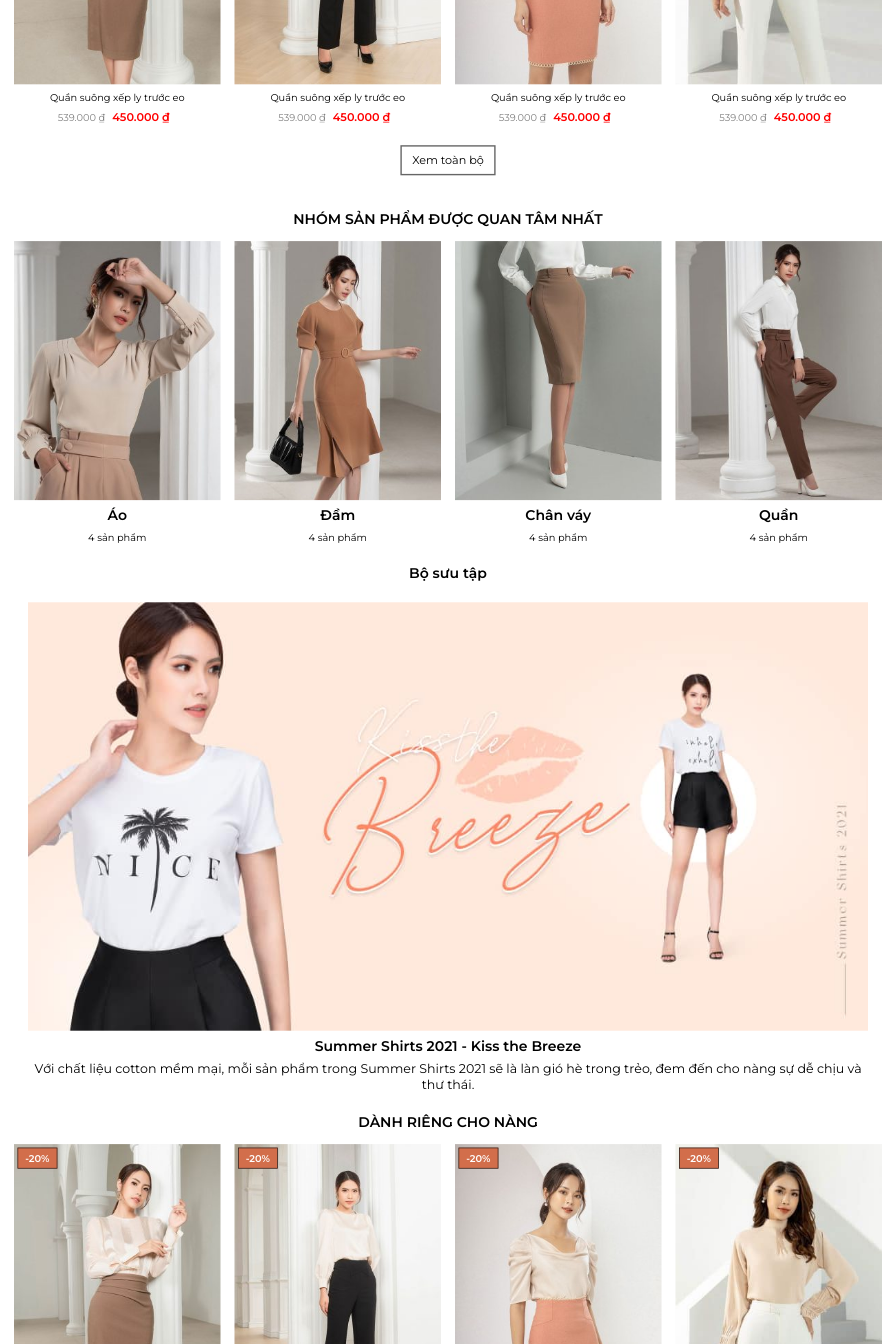
Repository: Nguyenductuan-dev/bt_j2team
Page: index.html
These files come from the project's save history. The page is drawn as it stood at one moment and after the next save; the edit follows.
The browser window is 1280 px wide. The pictures show the part of the page from y = 1109 to 3029 px (the page is 3315 px tall before and 4477 px after), at 70% of full size.

Above is the page before, as saved 2021-12-12 17:06:30.

### index.html
<!DOCTYPE html>
<html lang="en">
<head>
    <meta charset="UTF-8">
    <meta http-equiv="X-UA-Compatible" content="IE=edge">
    <meta name="viewport" content="width=device-width, initial-scale=1.0">
    <link rel="stylesheet" href="css/style.css">
    <link rel="stylesheet" href="./fonts/fontawesome-free-5.15.3-web/css/all.min.css">

    <link rel="preconnect" href="https://fonts.googleapis.com">
    <link rel="preconnect" href="https://fonts.gstatic.com" crossorigin>
    <link href="https://fonts.googleapis.com/css2?family=Montserrat:ital,wght@0,200;0,300;0,400;0,500;0,600;0,700;1,600&display=swap" rel="stylesheet">
    <title>Document</title>
</head>
<body>

    <div class="wrapper">

        <!-- HEADER -->
        <div class="header">

            <div class="header__logo">
                <a class="header__logo_link" href="">
                    <img class="header__logo_img" src="./images/logo.png" alt="">
                </a>
            </div>

            <nav class="header__navbar">
                <ul class="header__navbar_list">
                    <li class="header__navbar_item">
                        <a href="" class="header__navbar_link">Trang chủ</a>
                    </li>
                    <li class="header__navbar_item">
                        <a href="" class="header__navbar_link">Sản phẩm</a>
                    </li>
                    <li class="header__navbar_item">
                        <a href="" class="header__navbar_link">Khuyến mại</a>
                    </li>
                    <li class="header__navbar_item">
                        <a href="" class="header__navbar_link">Tin tức</a>
                    </li>
                    <li class="header__navbar_item">
                        <a href="" class="header__navbar_link">hệ thống cửa hàng</a>
                    </li>
                </ul>
            </nav>

            <div class="header__right">
                <div class="header__search">
                    <i class="fas fa-search header__search-icon"></i>
                </div>

                <div class="header__user">
                    <i class="fas fa-user header__user-icon"></i>
                </div>

                <div class="header__cart">
                    <div class="header__cart_price">
                        0 ₫
                    </div>
                    <div class="header__cart">
                        <i class="fas fa-shopping-cart header__cart_icon"></i>
                    </div>
                </div>
            </div>

        </div>

        <!-- CONTAINER -->
        <div class="container">

            <div class="banner">
                <div class="banner__link">
                    <img src="./images/banner.jpg" alt="" class="banner__img">
                </div>
            </div>
            <!-- Product -->
            <div class="home__product">
                <div class="home__product-heading">
                    <h3 class="home__product-heading-title">
                        TOP SẢN PHẨM MỚI
                    </h3>
                    <p class="home__product-heading-description">
                        Cô nàng hiện đại không thể bỏ lỡ
                    </p>
                </div>
                <div class="home__product-list">
                    <div class="home__product-item">
                        <a href="" class="home__product-item__link">
                            <img src="./images/product1.jpg" alt="" class="home__product-item__img">
                        </a>

                        <a href="">
                            <h3 class="home__product-item__title">
                                Quần suông xếp ly trước eo
                            </h3>
                        </a>
                        <div class="home__product-item__price">
                            <span class="home-product-item__price-old">539.000 ₫</span>
                            <span class="home-product-item__price-current">450.000 ₫</span>
                        </div>

                        <div class="home-product-item__sale-off">
                            <span>-20%</span>
                        </div>

                    </div>
                    <div class="home__product-item">
                        <a href="" class="home__product-item__link">
                            <img src="./images/product2.jpg" alt="" class="home__product-item__img">
                        </a>

                        <a href="">
                            <h3 class="home__product-item__title">
                                Quần suông xếp ly trước eo
                            </h3>
                        </a>
                        <div class="home__product-item__price">
                            <span class="home-product-item__price-old">539.000 ₫</span>
                            <span class="home-product-item__price-current">450.000 ₫</span>
                        </div>

                        <div class="home-product-item__sale-off">
                            <span>-20%</span>
                        </div>

                    </div>
                    <div class="home__product-item">
                        <a href="" class="home__product-item__link">
                            <img src="./images/product3.jpg" alt="" class="home__product-item__img">
                        </a>

                        <a href="">
                            <h3 class="home__product-item__title">
                                Quần suông xếp ly trước eo
                            </h3>
                        </a>
                        <div class="home__product-item__price">
                            <span class="home-product-item__price-old">539.000 ₫</span>
                            <span class="home-product-item__price-current">450.000 ₫</span>
                        </div>

                        <div class="home-product-item__sale-off">
                            <span>-20%</span>
                        </div>

                    </div>
                    <div class="home__product-item">
                        <a href="" class="home__product-item__link">
                            <img src="./images/product4.jpg" alt="" class="home__product-item__img">
                        </a>

                        <a href="">
                            <h3 class="home__product-item__title">
                                Quần suông xếp ly trước eo
                            </h3>
                        </a>
                        <div class="home__product-item__price">
                            <span class="home-product-item__price-old">539.000 ₫</span>
                            <span class="home-product-item__price-current">450.000 ₫</span>
                        </div>

                        <div class="home-product-item__sale-off">
                            <span>-20%</span>
                        </div>
                    </div>
                </div>

                <div class="home__product-total">
                    <a href="" class="home__product-total-link">Xem toàn bộ</a>
                </div>
            </div>

            <!-- Catalogue -->
            <div class="home_catalogue">
                <h3 class="home_catalogue-heading">
                    NHÓM SẢN PHẨM ĐƯỢC QUAN TÂM NHẤT
                </h3>

                <div class="home_catalogue-list">
                    <div class="home_catalogue-item">
                        <a class="home_catalogue-link" href="">
                            <img class="home_catalogue-img" src="./images/catalogue1.jpg" alt="">
                            <h3 class="home_catalogue-title">Áo</h3>
                            <p class="home_catalogue-quantily">4 sản phẩm</p>
                        </a>
                    </div>
                    <div class="home_catalogue-item">
                        <a class="home_catalogue-link" href="">
                            <img class="home_catalogue-img" src="./images/catalogue2.jpg" alt="">
                            <h3 class="home_catalogue-title">Đầm</h3>
                            <p class="home_catalogue-quantily">4 sản phẩm</p>
                        </a>
                    </div>
                    <div class="home_catalogue-item">
                        <a class="home_catalogue-link" href="">
                            <img class="home_catalogue-img" src="./images/catalogue3.jpg" alt="">
                            <h3 class="home_catalogue-title">Chân váy</h3>
                            <p class="home_catalogue-quantily">4 sản phẩm</p>
                        </a>
                    </div>
                    <div class="home_catalogue-item">
                        <a class="home_catalogue-link" href="">
                            <img class="home_catalogue-img" src="./images/catalogue4.jpg" alt="">
                            <h3 class="home_catalogue-title">Quần</h3>
                            <p class="home_catalogue-quantily">4 sản phẩm</p>
                        </a>
                    </div>
                </div>
            </div>

            <!-- Collection -->
            <div class="home_collection">
                <h3 class="home_collection-heading">
                    Bộ sưu tập
                </h3>
                <a href="" class="home_collection-link">
                    <img src="./images/banner2.jpg" alt="" class="home_collection-img">
                    <h3 class="home_collection-title">
                        Summer Shirts 2021 - Kiss the Breeze
                    </h3>
                    <p class="home_collection-description">
                        Với chất liệu cotton mềm mại, mỗi sản phẩm trong Summer Shirts 2021 sẽ là làn gió hè trong trẻo,
                        đem đến cho nàng sự dễ chịu và thư thái.
                    </p>
                </a>
            </div>

            <!-- Product -->
            <div class="home__product">
                <div class="home__product-heading">
                    <h3 class="home__product-heading-title">
                        DÀNH RIÊNG CHO NÀNG
                    </h3>
                </div>
                <div class="home__product-list">
                    <div class="home__product-item">
                        <a href="" class="home__product-item__link">
                            <img src="./images/product1.jpg" alt="" class="home__product-item__img">
                        </a>

                        <a href="">
                            <h3 class="home__product-item__title">
                                Quần suông xếp ly trước eo
                            </h3>
                        </a>
                        <div class="home__product-item__price">
                            <span class="home-product-item__price-old">539.000 ₫</span>
                            <span class="home-product-item__price-current">450.000 ₫</span>
                        </div>

                        <div class="home-product-item__sale-off">
                            <span>-20%</span>
                        </div>

                    </div>
                    <div class="home__product-item">
                        <a href="" class="home__product-item__link">
                            <img src="./images/product2.jpg" alt="" class="home__product-item__img">
                        </a>

                        <a href="">
                            <h3 class="home__product-item__title">
                                Quần suông xếp ly trước eo
                            </h3>
                        </a>
                        <div class="home__product-item__price">
                            <span class="home-product-item__price-old">539.000 ₫</span>
                            <span class="home-product-item__price-current">450.000 ₫</span>
                        </div>

                        <div class="home-product-item__sale-off">
                            <span>-20%</span>
                        </div>

                    </div>
                    <div class="home__product-item">
                        <a href="" class="home__product-item__link">
                            <img src="./images/product3.jpg" alt="" class="home__product-item__img">
                        </a>

                        <a href="">
                            <h3 class="home__product-item__title">
                                Quần suông xếp ly trước eo
                            </h3>
                        </a>
                        <div class="home__product-item__price">
                            <span class="home-product-item__price-old">539.000 ₫</span>
                            <span class="home-product-item__price-current">450.000 ₫</span>
                        </div>

                        <div class="home-product-item__sale-off">
                            <span>-20%</span>
                        </div>

                    </div>
                    <div class="home__product-item">
                        <a href="" class="home__product-item__link">
                            <img src="./images/product4.jpg" alt="" class="home__product-item__img">
                        </a>

                        <a href="">
                            <h3 class="home__product-item__title">
                                Quần suông xếp ly trước eo
                            </h3>
                        </a>
                        <div class="home__product-item__price">
                            <span class="home-product-item__price-old">539.000 ₫</span>
                            <span class="home-product-item__price-current">450.000 ₫</span>
                        </div>

                        <div class="home-product-item__sale-off">
                            <span>-20%</span>
                        </div>
                    </div>
                </div>

                <div class="home__product-total">
                    <a href="" class="home__product-total-link">Xem toàn bộ</a>
                </div>
            </div>

        </div>

    </div>

    <script src="javascript/main.js"></script>
</body>
</html>

### css/style.css
* {
    margin: 0;
    padding: 0;
    box-sizing: border-box;
    outline: 0;
}

img {
    display: block;
    max-width: 100%;
    margin: 0;
}

a {
    text-decoration: none;
    color: inherit;
}

h1, h2, h3, h4, h5, h6 {
    font-size: 14px;
    font-weight: 400;
}

p, ul {
    margin: 0;
    padding: 0;
}

body {
    font-family: "Montserrat", sans-serif;
    font-weight: 400;
    font-size: 14px;
}


.header {
    display: flex;
    justify-content: space-between;
    align-items: center;
    padding: 20px;
    flex-wrap: wrap;
    border-bottom: 1px solid #ccc;
}
.header__navbar {
    flex: 1;
}

.header__navbar_list {
    display: flex;
    list-style: none;
    font-size: 14px;
    text-transform: uppercase;
    font-weight: 600;
}
.header__navbar_item {
    padding: 0 20px;
}

.header__right {
    display: flex;
    justify-content: space-between;
    flex-wrap: wrap;
    width: 150px;
    align-items: center;
}

.header__search-icon,
.header__user-icon,
.header__cart_icon{
    font-size: 20px;
    font-weight: 300;
}
.header__cart {
    display: flex;
    justify-content: space-between;

}
.header__user {
    padding: 3px 15px;
    border-left: 1px solid #ccc;
    border-right: 1px solid #ccc;

}
.header__cart_price {
    padding: 0 5px;
    font-size: 14px;
}

/* CONTAINER */
.home__product {
    margin-top: 30px;
}
.home__product-heading {
    text-align: center;
}
.home__product-heading-title {
    font-size: 20px;
    font-weight: 600;
    text-transform: uppercase;
    margin-bottom: 10px;
}

.home__product-heading-description {
    font-size: 16px;
}

.home__product-list {
    margin-top:  20px;
    display: grid;
    grid-template-columns: 1fr 1fr 1fr 1fr;
    grid-gap: 20px;
    padding: 0 20px;
}
.home__product-item {
    position: relative;
}
.home__product-item__img {
    width: 100%;
    margin-bottom: 10px;
}
.home__product-item__title {
    font-size: 14px;
    text-align: center;
    margin-bottom: 10px;
}

.home__product-item__price {
    display: flex;
    justify-content: center;
}
.home-product-item__price-old {
    font-size: 14px;
    color: gray;
}
.home-product-item__price-current {
    font-size: 16px;
    color: red;
    font-weight: 600;
    padding: 0 10px;
}
.home-product-item__sale-off {
    position:absolute;
    top:5px;
    left: 5px;
    padding: 5px 10px;
    background-color: #d26e4b;
    color: #fff;
    font-weight: 600;
    border: 1px solid #222;
}
.home__product-total {
    margin-top: 30px;
    text-align: center;
}
.home__product-total-link {
    display: inline-block;
    font-size: 16px;
    padding: 10px 15px;
    border: 2px solid #666;
}

/* CATALOGUE */

.home_catalogue {
    margin-top: 50px;
}

.home_catalogue-heading {
    text-align: center;
    font-size: 20px;
    font-weight: 600;
}
.home_catalogue-list {
    margin-top:  20px;
    display: grid;
    grid-template-columns: 1fr 1fr 1fr 1fr;
    grid-gap: 20px;
    padding: 0 20px;
}
.home_catalogue-link {
    display: block;
}
.home_catalogue-img {
    width: 100%;
    margin-bottom: 10px;
}
.home_catalogue-title {
    font-size: 20px;
    font-weight: 600;
    text-align: center;
    margin-bottom: 10px;

}
.home_catalogue-quantily {
    text-align: center;
    font-size: 14px;
}
.home_collection {
    max-width: 1200px;
    margin: 30px auto;
}
.home_collection-heading {
    font-size: 20px;
    font-weight: 600;
    text-align: center;
}
.home_collection-link {
    display: block;
    margin-top: 30px;
}
.home_collection-img {
    width: 100%;
    margin-bottom: 10px;
}
.home_collection-title {
    font-weight: 600;
    font-size: 20px;
    text-align: center;
    margin-bottom: 10px;
}
.home_collection-description {
    font-size: 18px;
    text-align: center;
}

Loaded but not shown: fonts/fontawesome-free-5.15.3-web/css/all.min.css (library); javascript/main.js (no stored copy; drawn as an empty file)

After the next save:
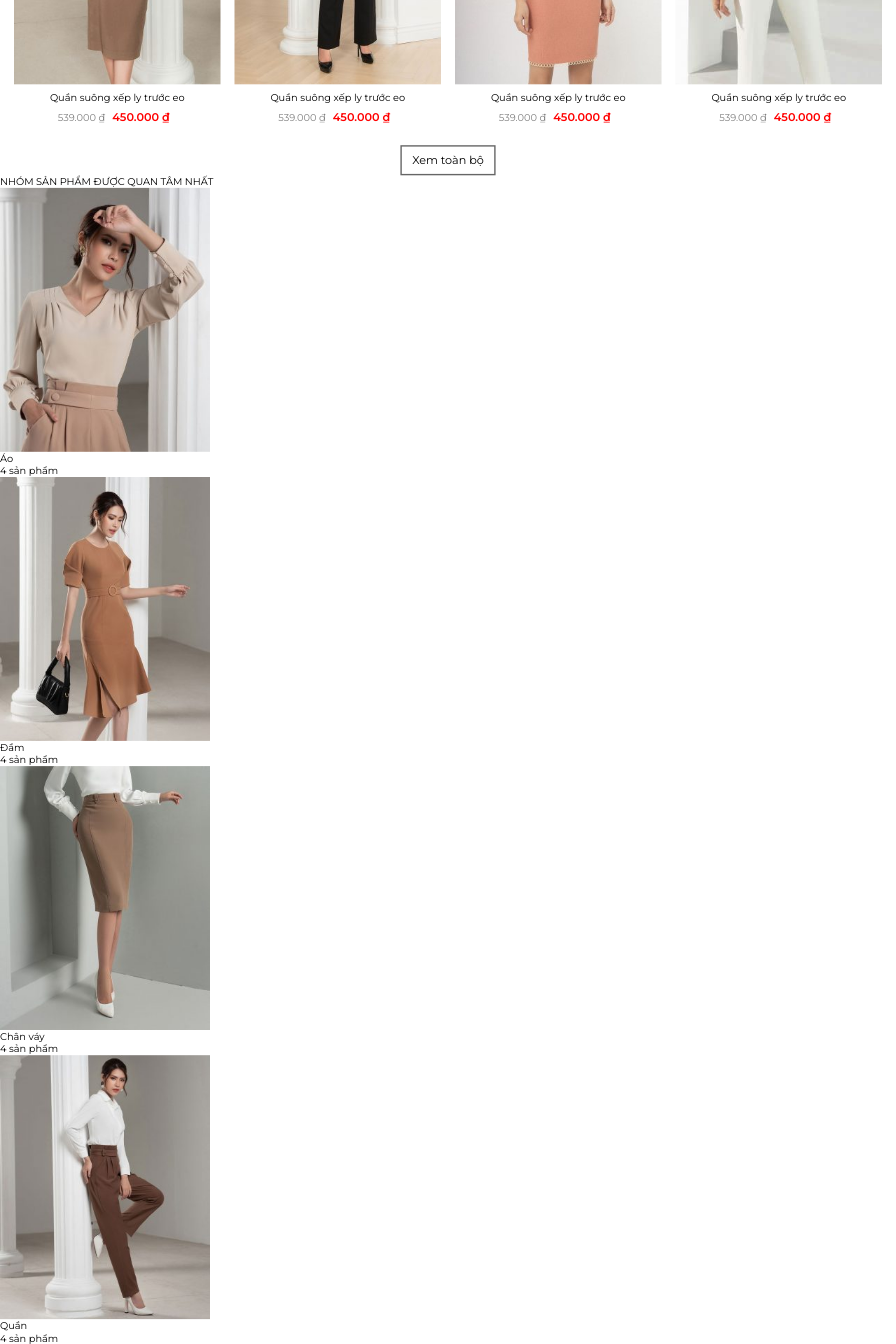
Saved 2 min 48 s later.
--- a/index.html
+++ b/index.html
@@ -172,38 +172,38 @@
             </div>
 
             <!-- Catalogue -->
-            <div class="home_catalogue">
-                <h3 class="home_catalogue-heading">
+            <div class="home__catalogue">
+                <h3 class="home__catalogue-heading">
                     NHÓM SẢN PHẨM ĐƯỢC QUAN TÂM NHẤT
                 </h3>
 
-                <div class="home_catalogue-list">
-                    <div class="home_catalogue-item">
-                        <a class="home_catalogue-link" href="">
-                            <img class="home_catalogue-img" src="./images/catalogue1.jpg" alt="">
-                            <h3 class="home_catalogue-title">Áo</h3>
-                            <p class="home_catalogue-quantily">4 sản phẩm</p>
-                        </a>
-                    </div>
-                    <div class="home_catalogue-item">
-                        <a class="home_catalogue-link" href="">
-                            <img class="home_catalogue-img" src="./images/catalogue2.jpg" alt="">
-                            <h3 class="home_catalogue-title">Đầm</h3>
-                            <p class="home_catalogue-quantily">4 sản phẩm</p>
-                        </a>
-                    </div>
-                    <div class="home_catalogue-item">
-                        <a class="home_catalogue-link" href="">
-                            <img class="home_catalogue-img" src="./images/catalogue3.jpg" alt="">
-                            <h3 class="home_catalogue-title">Chân váy</h3>
-                            <p class="home_catalogue-quantily">4 sản phẩm</p>
-                        </a>
-                    </div>
-                    <div class="home_catalogue-item">
-                        <a class="home_catalogue-link" href="">
-                            <img class="home_catalogue-img" src="./images/catalogue4.jpg" alt="">
-                            <h3 class="home_catalogue-title">Quần</h3>
-                            <p class="home_catalogue-quantily">4 sản phẩm</p>
+                <div class="home__catalogue-list">
+                    <div class="home__catalogue-item">
+                        <a class="home__catalogue-link" href="">
+                            <img class="home__catalogue-img" src="./images/catalogue1.jpg" alt="">
+                            <h3 class="home__catalogue-title">Áo</h3>
+                            <p class="home__catalogue-quantily">4 sản phẩm</p>
+                        </a>
+                    </div>
+                    <div class="home__catalogue-item">
+                        <a class="home__catalogue-link" href="">
+                            <img class="home__catalogue-img" src="./images/catalogue2.jpg" alt="">
+                            <h3 class="home__catalogue-title">Đầm</h3>
+                            <p class="home__catalogue-quantily">4 sản phẩm</p>
+                        </a>
+                    </div>
+                    <div class="home__catalogue-item">
+                        <a class="home__catalogue-link" href="">
+                            <img class="home__catalogue-img" src="./images/catalogue3.jpg" alt="">
+                            <h3 class="home__catalogue-title">Chân váy</h3>
+                            <p class="home__catalogue-quantily">4 sản phẩm</p>
+                        </a>
+                    </div>
+                    <div class="home__catalogue-item">
+                        <a class="home__catalogue-link" href="">
+                            <img class="home__catalogue-img" src="./images/catalogue4.jpg" alt="">
+                            <h3 class="home__catalogue-title">Quần</h3>
+                            <p class="home__catalogue-quantily">4 sản phẩm</p>
                         </a>
                     </div>
                 </div>
@@ -320,6 +320,9 @@
                 </div>
             </div>
 
+            <div class="home__blog">
+                .home__blog
+            </div>
         </div>
 
     </div>
